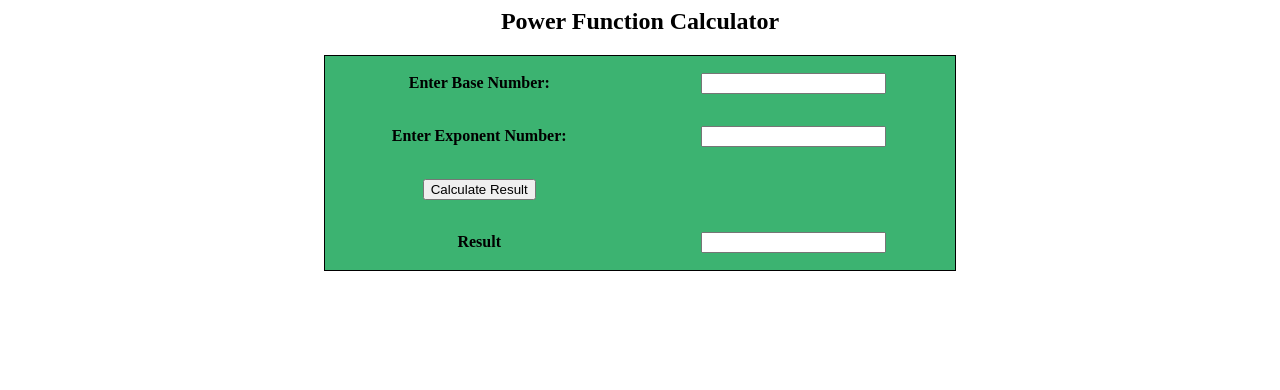
Repository: DeepaliKalagate/PowerCalculatorAPI
Page: PowerFunctionCalculator/src/main/resources/PowerFunction.html
These files come from the project's save history. The page is drawn as it stood at one moment and after the next save; the edit follows.
The browser window is 1280 px wide. The pictures show the whole page.

Above is the page before, as saved 2020-02-09 06:44:38.

After the next save:
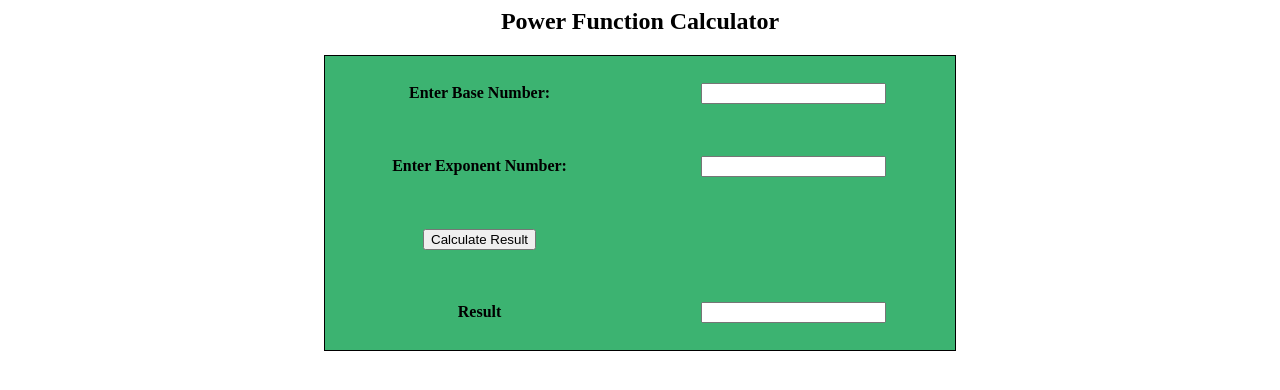
Saved 73 s later.
--- a/PowerFunctionCalculator/src/main/resources/PowerFunction.html
+++ b/PowerFunctionCalculator/src/main/resources/PowerFunction.html
@@ -12,7 +12,7 @@
 
 }
 th, td {
-  padding: 15px;
+  padding: 25px;
   text-align: center;
 }
 table{

After the save that followed:
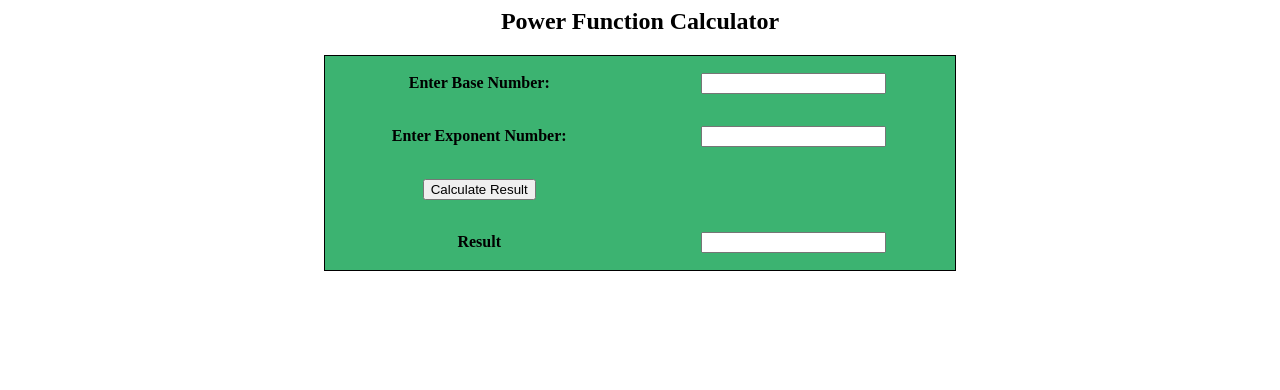
Saved 12 s later.
--- a/PowerFunctionCalculator/src/main/resources/PowerFunction.html
+++ b/PowerFunctionCalculator/src/main/resources/PowerFunction.html
@@ -12,7 +12,7 @@
 
 }
 th, td {
-  padding: 25px;
+  padding: 15px;
   text-align: center;
 }
 table{
